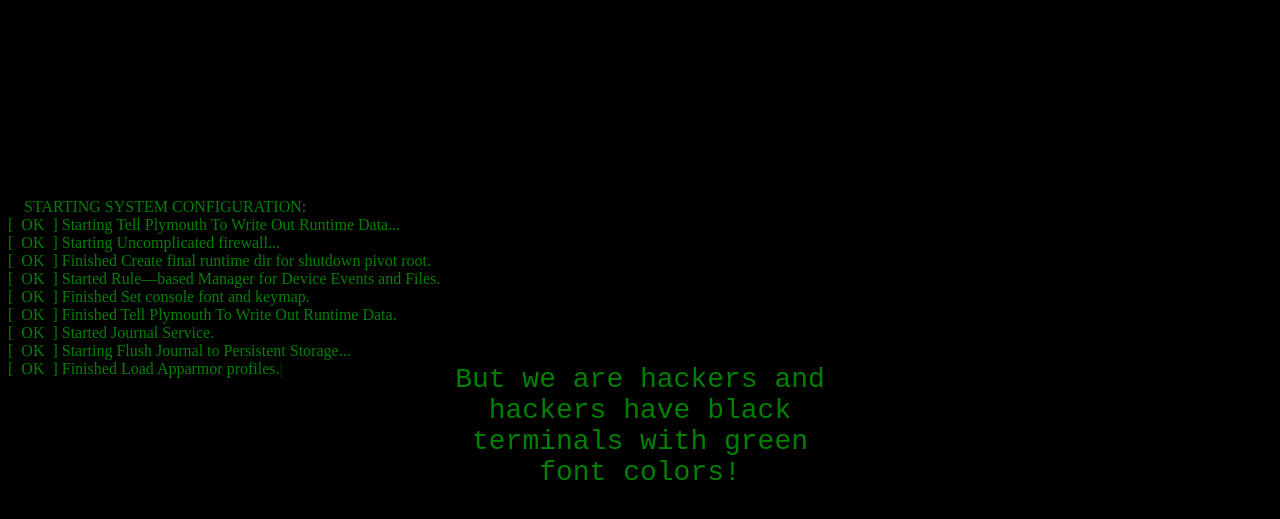
Repository: Dylennium/New-Site
Page: index.html
The author's editor kept a copy of each file at every save. The page is drawn from the files as they stood at one save, then again after the next save.
The browser window is 1280 px wide. The pictures show the whole page.

Above is the page before, as saved 2023-04-28 17:06:26.

After the next save:
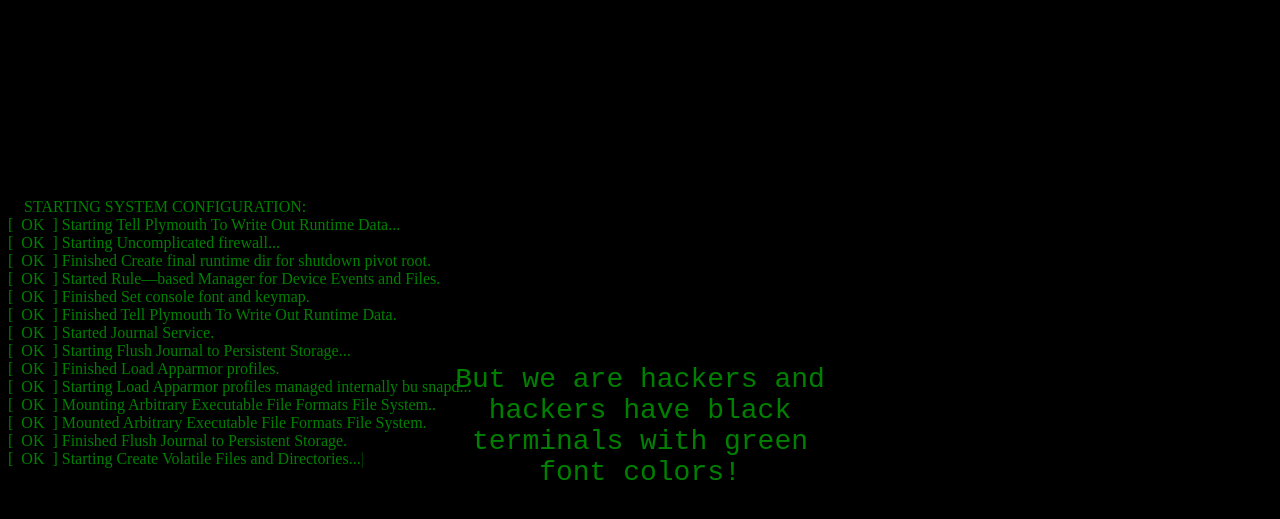
Saved 15 s later.
--- a/index.html
+++ b/index.html
@@ -58,7 +58,7 @@
 "[  OK  ] Starting Network Name Resolution..."
 ]
  var typed6 = new Typed('#loginblurb', {
-    strings: [lines.map((line)=>`\`${line}\`^${Math.trunc(Math.random()*900+100)}`).join("\n")],
+    strings: [lines.map((line)=>`\`${line}\`^${Math.trunc(Math.random()*500+100)}`).join("\n")],
 
     loop: false,
     onComplete: (self) => {
